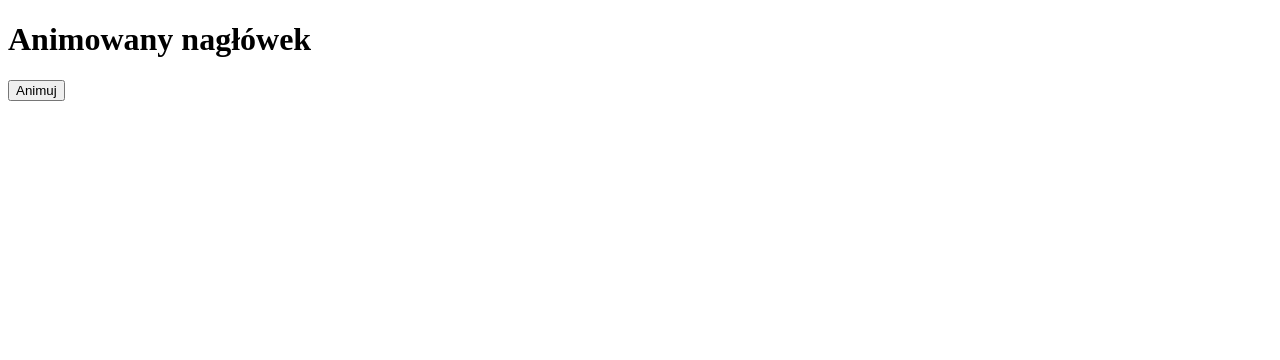
Repository: magdaf41/jQuery
Page: zadanie 3/index.html
An editor plug-in stored every save of this project. The page is shown before and after a run of saves, followed by the edit.
The browser window is 1280 px wide. The pictures show the whole page.

Above is the page before, as saved 2020-09-09 21:28:57.

### zadanie 3/index.html
<!DOCTYPE html>
<html>

<head>
    <meta charset=utf-8 />
    <title>Return first and last name from a form - w3resource</title>
</head>

<body>
    <h1>Animowany nagłówek</h1>

    <button id="animate">Animuj</button>
    <div id="square"></div>

    <script src="js/jquery-3.5.1.min.js"></script>
    <script src="js/main.js"></script>

</body>

</html>

### zadanie 3/js/main.js
// $(document).ready(function () {
//     $('#square').css({
//         'height': '200px',
//         'width': '200px',
//         'background-color': 'red',
//         'margin': '20px'
//     });

//     $('#animate').click(function () {
//         $('#square').animate({ 'marginLeft': '100px', 'width': '100px', 'height': '100px' }, 3000, (function() {
//             $('#square').animate({ 'background-color': '#0000ff' }, 5000)
//         }));
//     });
// });


$(document).ready(function() {
    animateSquare();
  })

  function animateSquare() {
    $('button').click(function() {
      $('#square').animate({
        'height' : '100px',
        'width' : '100px',
        'left' : '100px',
      }, 3000, function (){
         $('#square').animate({
           'backgroundColor' : '#0000ff'}, 5000, function () {
                $('#square').find('#text-end').animate({
                  'opacity' : '1'});
           });
      });
      });
  }

Loaded but not shown: zadanie 3/js/jquery-3.5.1.min.js (library)

After the next 2 saves:
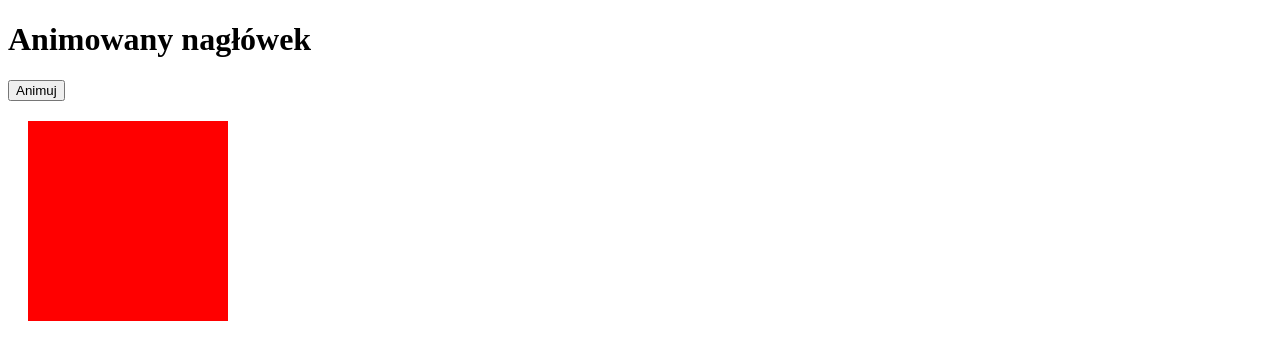
The 2 saves are shown as one change because they came seconds apart.
The last was saved 15 min 24 s later.
--- a/zadanie 3/js/main.js
+++ b/zadanie 3/js/main.js
@@ -1,35 +1,13 @@
-// $(document).ready(function () {
-//     $('#square').css({
-//         'height': '200px',
-//         'width': '200px',
-//         'background-color': 'red',
-//         'margin': '20px'
-//     });
+$(document).ready(function () {
+    $('#square').css({
+        'height': '200px',
+        'width': '200px',
+        'background-color': 'red',
+        'margin': '20px'
+    });
 
-//     $('#animate').click(function () {
-//         $('#square').animate({ 'marginLeft': '100px', 'width': '100px', 'height': '100px' }, 3000, (function() {
-//             $('#square').animate({ 'background-color': '#0000ff' }, 5000)
-//         }));
-//     });
-// });
-
-
-$(document).ready(function() {
-    animateSquare();
-  })
-
-  function animateSquare() {
-    $('button').click(function() {
-      $('#square').animate({
-        'height' : '100px',
-        'width' : '100px',
-        'left' : '100px',
-      }, 3000, function (){
-         $('#square').animate({
-           'backgroundColor' : '#0000ff'}, 5000, function () {
-                $('#square').find('#text-end').animate({
-                  'opacity' : '1'});
-           });
-      });
-      });
-  }
+    $('#animate').click(function () {
+        $('#square').animate({ 'marginLeft': '100px', 'width': '100px', 'height': '100px' }, 3000);
+        $('#square').animate({ 'background-color': '#0000ff' }, 5000);
+    });
+});

After the save that followed:
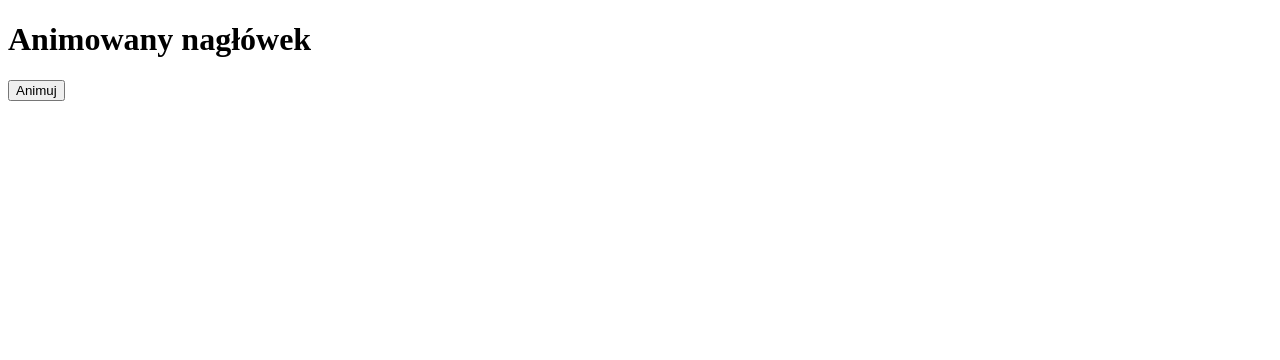
Console error: SyntaxError: Unexpected end of input
Saved 2 min 42 s later.
--- a/zadanie 3/js/main.js
+++ b/zadanie 3/js/main.js
@@ -7,7 +7,9 @@
     });
 
     $('#animate').click(function () {
-        $('#square').animate({ 'marginLeft': '100px', 'width': '100px', 'height': '100px' }, 3000);
-        $('#square').animate({ 'background-color': '#0000ff' }, 5000);
+        $('#square').animate({ 'marginLeft': '100px', 'width': '100px', 'height': '100px' }, 3000, function () {
+            $('#square').animate({ 'backgroundColor': '#0000ff' }, 5000);
+
+
+        });
     });
-});
